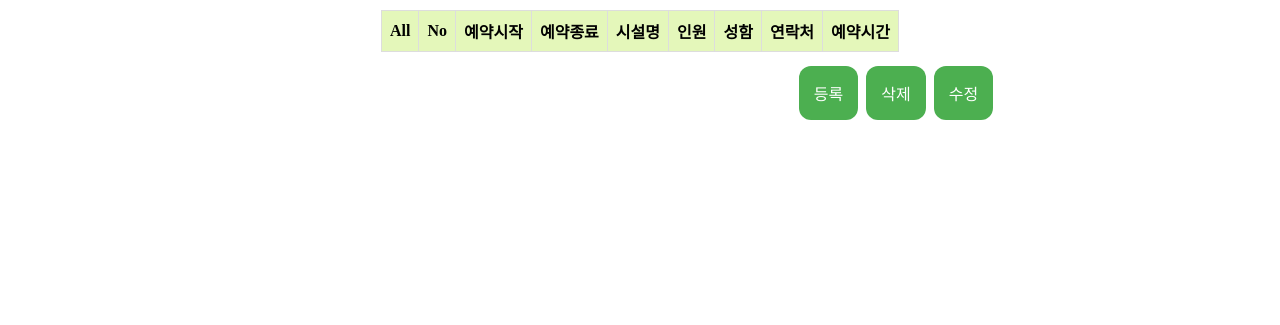
Repository: psyoongsc/SogongDo_Facility
Page: http://localhost/SogongDo_Management_System/Reserv_Cancel_Mgmt/InquiryCancelView.jsp
The author's editor kept a copy of each file at every save. The page is drawn from the files as they stood at one save, then again after the next save.
The browser window is 1280 px wide. The pictures show the whole page.
The page is served by Tomcat 9. Nobody is signed in. The application's start-up code is not run. Other server files are loaded and not shown.

Above is the page before, as saved 2020-06-25 19:41:41.

### SogongDo_Management_System/WebContent/Reserv_Cancel_Mgmt/InquiryCancelView.jsp
<%@ page language="java" contentType="text/html; charset=UTF-8"
    pageEncoding="UTF-8"%>
<%@ page import="java.util.*" %>
<%@ page import="Reserv_Cancel_Mgmt.persistance.*" %>
<%@ page isELIgnored="false"%>
<!DOCTYPE html PUBLIC "-//W3C//DTD HTML 4.01 Transitional//EN" "http://www.w3.org/TR/html4/loose.dtd">
<html>
<head>
	<title>예약 취소  정보 관리</title>
    <style>
		body{
		    margin: 0;
		    padding: 0;
		    text-align: center;
		}

		th, td {
		    padding: 8px;
		    text-align: center;
		    border-bottom: 1px solid;
		    border: 1px solid;
		}

		thead th{
		    background-color: #E4F7BA;
		}

		table {
		    position: relative;
		    margin: 10px 5px;
		    border-collapse: collapse;
		    display: inline-block;
		    overflow:auto;
		}

		tbody tr:hover {background-color:#f5f5f5;}

        th, td {
            border: 1px solid #ddd;
            border-collapse: collapse;
        }

        .bt {
            position: relative;
		    border-radius: 12px;
		    background-color: #4CAF50;
		    border: none;
		    left: 20%;
		    color: white;
		    padding: 15px;
		    text-align: center;
		    text-decoration: none;
		    display: inline-block;
		    font-size: 16px;
		    margin: 4px 2px;
        }
    </style>
</head>
<body>
        <div class="content">

            <table>
                <thead>
                    <tr>
                       <th class="a">All</th>
						<th class="b">No</th>
						<th class="c">예약시작</th>
						<th class="d">예약종료</th>
						<th class="e">시설명</th>
						<th class="f">인원</th>
						<th class="g">성함</th>
						<th class="h">연락처</th>
						<th class="i">예약시간</th>
                    </tr>
                </thead>
                <tbody>
					<%
						ArrayList<CancelDTO> list = (ArrayList<CancelDTO>) request.getAttribute("reserve");
								if(list != null) {
									for (CancelDTO dto : list) {
										pageContext.setAttribute("reserve", dto);
					%>
					 <tr>
                       	<td><input class="ch" type="checkbox"></td>
                       	<td class="id"><%= dto.getReservation_ID() %></td>
                       	<td><%= dto.getReservation_Start()%></td>
						<td><%= dto.getReservation_End()%></td>
						<td><%= dto.getFacilities_Name()%></td>
						<td><%= dto.getHeadCount()%></td>
						<td><%= dto.getReservation_Name() %></td>
						<td><%= dto.getReservation_Phone_Number() %></td>
						<td><%= dto.getReservation_Date() %></td>
                    </tr>
					<%}}%>
                </tbody>
            </table>

        </div>

        <div>
        	<button class="bt register">등록</button>
           	<button class="bt delete">삭제</button>
			<button class="bt update">수정</button>
        </div>



	<script>
	window.addEventListener("load",function(){

		const registerbtn = document.querySelector(".register");
		const deletebtn = document.querySelector(".delete");
		const updatebtn = document.querySelector(".update");
		const chbox = document.querySelectorAll(".ch");
		const id = document.querySelectorAll(".id");

		registerbtn.addEventListener("click",()=>{
			//새로운 창 뜨도록 하기
			window.open("/SogongDo_Management_System/Reserv_Cancel_Mgmt/RegisterCancelView.jsp","예약 취소 정보 등록","width=500, height=400, left=300, top=300");
		})

		deletebtn.addEventListener("click",()=>{
			//체크박스에 체크한 id가져오기
			var ids = new Array();
			for(var i=0; i<chbox.length; i++){
				if(chbox[i].checked==true){
					ids.push(id[i].innerText);
				}
			}
			if(ids.length==0){
				alert('삭제할 정보를 선택하세요');
			}else{

				//삭제컨트롤러에 전송~!
				var ox = confirm("예약 취소 정보를 삭제하시겠습니까?");
				if(ox){
					var url = "/SogongDo_Management_System/Reservation/Cancel/delete?";
					url += "cnt="+ids.length+"&";
					for(var i=0;i<ids.length;i++){
						url += "id"+i+"="+ids[i]+"&"
					}
					window.location.href = url;
				}
			}
		})

		updatebtn.addEventListener("click",()=>{
			// 새로운 창 뜨도록 하기
			var cnt = 0;
			var up;
			for(var i=0; i<chbox.length; i++){
				if(chbox[i].checked==true){
					cnt++;
					up = id[i].innerText;
				}
			}
			if(cnt==0){
				alert('수정할 정보를 선택하세요');
			}
			else if(cnt==1){
				window.open("/SogongDo_Management_System/Reservation/Cancel/update/view?id="+up,"예약 취소 정보 수정","width=500, height=400, left=300, top=300");
			}else{
				alert('하나만 선택');
			}
		})

	})
	</script>
</body>
</html>

### SogongDo_Management_System/WebContent/head_banner.jsp
<%@ page language="java" contentType="text/html; charset=UTF-8"
    pageEncoding="UTF-8"%>
<!DOCTYPE html>
<html>
<head>
<meta charset="EUC-KR">
<title>Insert title here</title>
<style>
.container {
	text-align: center;
}

.title {
	font-size: xx-large;
	font-weight: bold;
	margin: 10px 0px;
	padding: 50px 0px;
	background-color: #E4F7BA;
}
</style>
</head>
<body>
	<div class="container title" onclick="location.href='/SogongDo_Management_System/index.jsp';">
		소공도 관광지 관리 시스템
	</div>
</body>
</html>

After the next save:
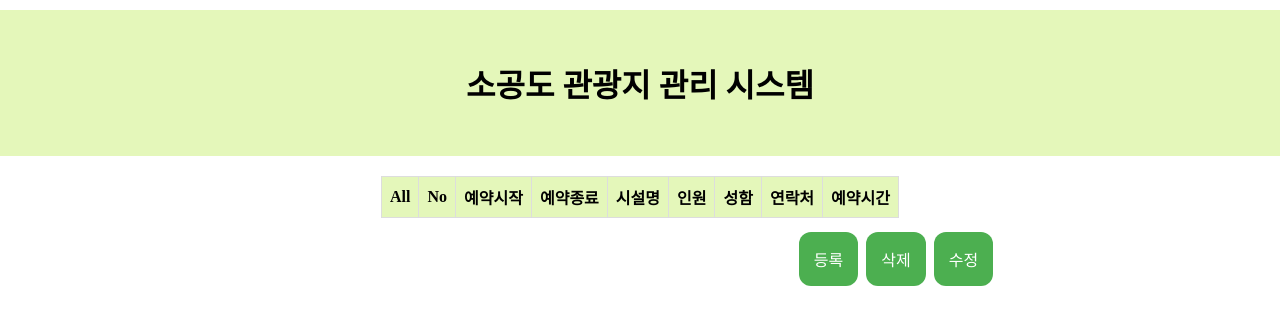
Saved 7 s later.
--- a/SogongDo_Management_System/WebContent/Reserv_Cancel_Mgmt/InquiryCancelView.jsp
+++ b/SogongDo_Management_System/WebContent/Reserv_Cancel_Mgmt/InquiryCancelView.jsp
@@ -57,6 +57,7 @@
     </style>
 </head>
 <body>
+<%@ include file="../head_banner.jsp" %>
         <div class="content">
 
             <table>
